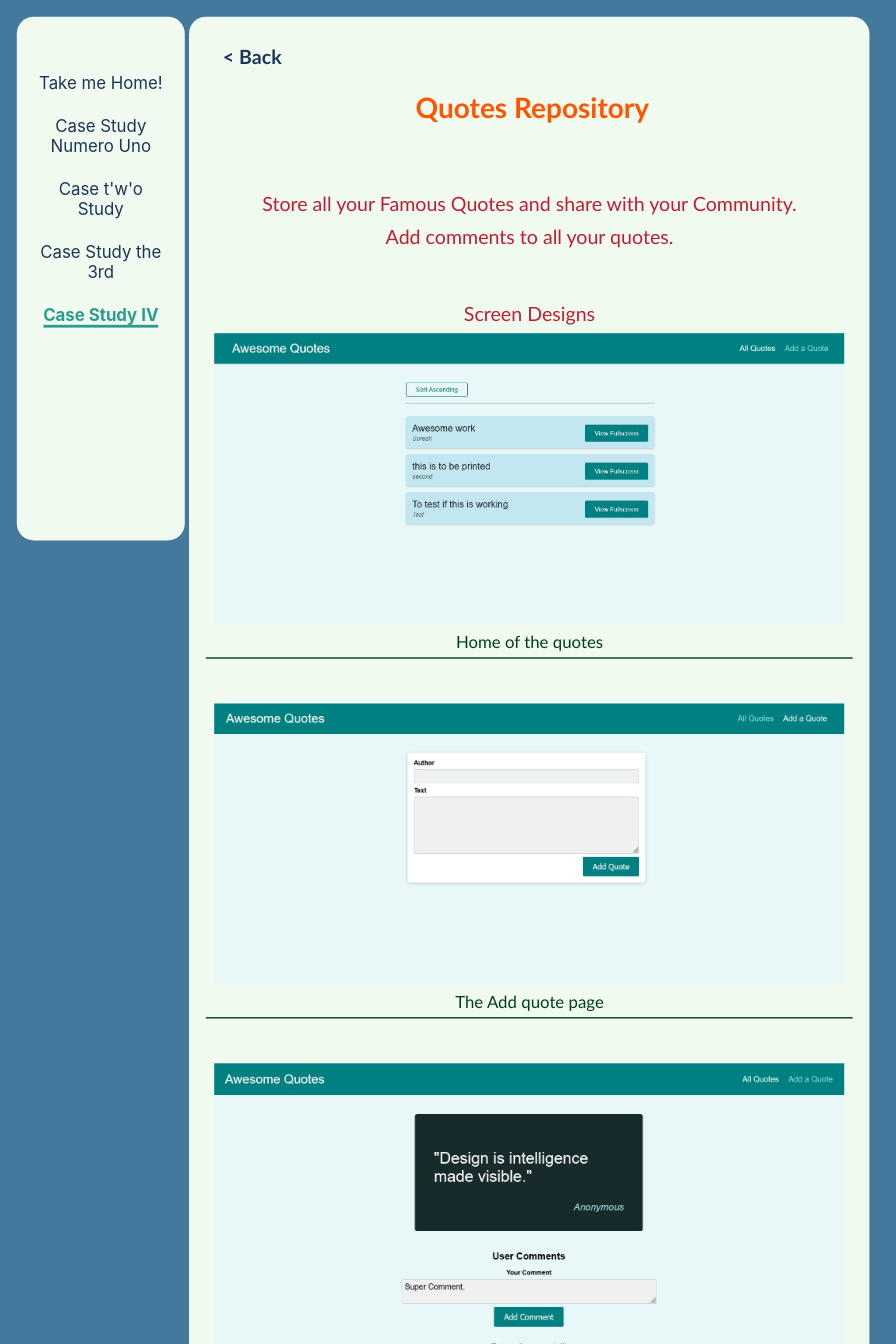
Repository: niranjangp/portfolioReact
Page: /cs-four
The author's editor kept a copy of each file at every save. The page is drawn from the files as they stood at one save, then again after the next save.
The browser window is 1280 px wide. The pictures show the part of the page from y = 0 to 1920 px (the page is 3343 px tall), at 70% of full size.
The project was rebuilt for these pictures with package versions that can differ from the ones it lists, and the page was loaded fresh each time. Also part of the build but not shown: src/pages/enterDesign.jsx, src/pages/csOne.jsx, src/pages/csTwo.jsx, src/pages/csThree.jsx, src/pages/notFound.jsx.

Above is the page before, as saved 2022-02-02 01:58:38.

### public/index.html
<!DOCTYPE html>
<html lang="en">
  <head>
    <meta charset="utf-8" />
    <!--<link rel="icon" href="%PUBLIC_URL%/favicon.ico" />-->
    <meta name="viewport" content="width=device-width, initial-scale=1" />
    <meta name="theme-color" content="#000000" />
    <meta
      name="description"
      content="Web site created using create-react-app"
    />
    <!--<link rel="apple-touch-icon" href="%PUBLIC_URL%/logo192.png" />-->
    <!--
      manifest.json provides metadata used when your web app is installed on a
      user's mobile device or desktop. See https://developers.google.com/web/fundamentals/web-app-manifest/
    -->
    <link rel="manifest" href="%PUBLIC_URL%/manifest.json" />
    <!--
      Notice the use of %PUBLIC_URL% in the tags above.
      It will be replaced with the URL of the `public` folder during the build.
      Only files inside the `public` folder can be referenced from the HTML.

      Unlike "/favicon.ico" or "favicon.ico", "%PUBLIC_URL%/favicon.ico" will
      work correctly both with client-side routing and a non-root public URL.
      Learn how to configure a non-root public URL by running `npm run build`.
    -->
    <title>Portfolio</title>
  </head>
  <body>
    <noscript>You need to enable JavaScript to run this app.</noscript>
    <div id="root"></div>
    <!--
      This HTML file is a template.
      If you open it directly in the browser, you will see an empty page.

      You can add webfonts, meta tags, or analytics to this file.
      The build step will place the bundled scripts into the <body> tag.

      To begin the development, run `npm start` or `yarn start`.
      To create a production bundle, use `npm run build` or `yarn build`.
    -->
  </body>
</html>

### src/index.css
body {
  margin: 0;
  font-family: -apple-system, BlinkMacSystemFont, 'Segoe UI', 'Roboto', 'Oxygen',
    'Ubuntu', 'Cantarell', 'Fira Sans', 'Droid Sans', 'Helvetica Neue',
    sans-serif;
  -webkit-font-smoothing: antialiased;
  -moz-osx-font-smoothing: grayscale;
  box-sizing: border-box;
}

code {
  font-family: source-code-pro, Menlo, Monaco, Consolas, 'Courier New',
    monospace;
}

p {
  margin: 0;
}

### src/App.js
import './App.css';

import { Route, NavLink, Switch, Redirect } from 'react-router-dom';
import EnterTheDesign from './pages/enterDesign';
import CSOne from './pages/csOne';
import CSTwo from './pages/csTwo';
import CSThree from './pages/csThree';
import CSFour from './pages/csFour';
import NotFound from './pages/notFound';

function App() {
  const flatIconLink = "https://www.flaticon.com/free-icons/programmer";
  const wfhIconLink = "https://www.flaticon.com/free-icons/work-from-home";
  const fruitLink ="https://www.flaticon.com/free-icons/fruit";
  const moneyLink = "https://www.flaticon.com/free-icons/digital-money";
  const quoteLink = "https://www.flaticon.com/free-icons/question-mark";



  return (
    <div className='App'>
      <div className="containerOne">
        <nav className='navigation'>
          <div className='navDiv'>
            <NavLink activeClassName="nav-link active" className="nav-link" to="/enter-the-design">Take me Home!</NavLink>
          </div>
          <div className='navDiv'>
            <NavLink activeClassName="nav-link active" className="nav-link" to="/cs-one">Case Study Numero Uno</NavLink>
          </div>
          <div className='navDiv'>
            <NavLink activeClassName="nav-link active" className="nav-link" to="/cs-two">Case t'w'o Study</NavLink>
          </div>
          <div className='navDiv'>
            <NavLink activeClassName="nav-link active" className="nav-link" to="/cs-three">Case Study the 3rd</NavLink>
          </div>
          <div className='navDiv'>
            <NavLink activeClassName="nav-link active" className="nav-link" to="/cs-four">Case Study IV</NavLink>
          </div>
        </nav>
        <main className='mainOne'>
          <Switch>
            <Route exact path="/" ><Redirect to="/enter-the-design" /></Route>
            <Route path="/enter-the-design" ><EnterTheDesign /></Route>
            <Route exact path="/cs-one" ><CSOne /></Route>
            <Route exact path="/cs-two" ><CSTwo /></Route>
            <Route exact path="/cs-three"><CSThree /></Route>
            <Route exact path="/cs-four"><CSFour /></Route>

            <Route path="*"><NotFound /></Route>
          </Switch>

        </main>
        <footer>
          <div className='footer-info'>
            {/*<p>Niranjan G P</p>*/}
            <p>Design & Develop    |   mailtonirgp@gmail.com</p>
            <p>Please consider the Environment while printing.</p>
          </div>
          <div className='credits'>
            <a href={flatIconLink} title="programmer icons">Programmer icons created by Flat Icons - Flaticon</a>
            <a href={wfhIconLink} title="work from home icons">Work from home icons created by Freepik - Flaticon</a>
            <a href={fruitLink} title="fruit icons">Fruit icons created by Freepik - Flaticon</a>
            <a href={moneyLink} title="digital money icons">Digital money icons created by Freepik - Flaticon</a>
            <a href={quoteLink} title="question mark icons">Question mark icons created by Freepik - Flaticon</a>
          </div>
        </footer>
      </div>

    </div>
  );
}

export default App;

### src/App.css
.containerOne {
  background-color: #45789d;
  padding: 24px;
  position: relative;
}

.mainOne {
  width: 75%;
  margin-left: 20%;
  background-color: #F1FAEE;
  height: 100%;
  border-radius: 1.5rem;
  padding: 24px;
}

.navigation {
  position: absolute;
  top: 24px;
  left: 24px;
  width: 15%;
  height: 660px;
  background-color: #F1FAEE;
  border-radius: 1.5rem;
  padding: 64px 24px 24px;
}

.navDiv {
  padding: 16px 0;
  text-align: center;
}

.nav-link {
  font-size: 24px;
  text-decoration: none;
  color: #1d3557;
}

.nav-link.active {
  color: #2a9d8f;
  font-weight: bold;
  border-bottom: 4px solid #2a9d8f;
}

.fr-info {
  font-size: 3rem;
  font-family: 'Gill Sans', 'Gill Sans MT', Calibri, 'Trebuchet MS', sans-serif;
  padding: 24px 24px 24px 48px;
  color: #1d3557;
}

.firstRow {
  display: flex;
  align-items: center;
  padding: 64px 0;
}

.width-60 {
  width: 60%;
}

.width-40 {
  width: 40%;
}

.fullWidth {
  width: 100%;
}

.img-block {
  text-align: center;
}

.sec-row {
  background-color: #1d3557;
  color: #f1faee;
  border-radius: 0.75rem;
  padding: 64px;
  font-family: 'Lucida Sans', 'Lucida Sans Regular', 'Lucida Grande', 'Lucida Sans Unicode', Geneva, Verdana, sans-serif;
  font-size: 28px;
  text-align: justify;
}

.sec-row p {
  padding: 16px;
}

.centered {
  margin: 3rem auto;
  text-align: center;
  display: flex;
  justify-content: center;
  align-items: center;
}

.linkSel {
  text-decoration: underline;
  font-weight: bold;
}

.third-row {
  display: flex;
  flex-wrap: wrap;
  padding: 96px 24px 0;
}

.card-box {
  width: 50%;
  text-align: center;
  height: 600px;
}

.card {
  width: 400px;
  height: 450px;
  background-color: #ffddd2;
  border-radius: 20px;
  box-shadow: 4px 4px 4px 4px rgba(0, 0, 0, 0.2);
  margin: 3rem auto;
  flex-grow: 1;
  flex-shrink: 1;
  transition: width 500ms ease 0s;
}

.card:hover {
  box-shadow: 4px 4px 4px 8px rgba(0, 0, 0, 0.2);
  width: 420px;
  height: 470px;
  cursor: pointer;
}

.card a {
  text-decoration: none;
}

.card p {
  font-size: 32px;
  padding: 24px;
  color: #1d3557;
  font-family: Verdana, Geneva, Tahoma, sans-serif;
}

.card-icon {
  width: 256px;
  margin-top: 40px;
}

.intro-cs {
  text-align: center;
  font-size: 40px;
  color: #1d3557;
  font-family: 'Trebuchet MS', 'Lucida Sans Unicode', 'Lucida Grande', 'Lucida Sans', Arial, sans-serif;
}

footer {
  width: 75%;
  margin-left: 20%;
  background-color: #fca311;
  height: 100%;
  border-radius: 1.5rem;
  padding: 24px;
  margin-top: 64px;
  color: #fff;
}

.footer-info {
  font-size: 1.5rem;
}

.footer-info p {
  padding: 1rem;
}

.credits {
  padding-left: 16px;
}

.credits a {
  /*text-decoration: none;*/
  display: block;
  padding-bottom: 8px;
  font-size: 20px;
  color: #023047;
}

.csOne {
  min-height: 660px;
  height: 100%;
  color: #1d3557;
}

.backLink {
  font-size: 28px;
  font-weight: bold;
  padding: 16px 16px 16px 24px;
}

.backLink a {
  text-decoration: none;
  color: #1d3557;

}

.csOneHeader, .csTwoHeader, .cs3Header, .cs4Header {
  font-size: 40px;
  padding: 16px 16px 32px 24px;
}

.csOneBody {
  padding: 0 24px;
}

.csOneH {
  font-size: 32px;
  padding-bottom: 8px;
  border-bottom: 2px solid #1d3557;
  margin-bottom: 16px;
  display: inline-block;
}

.csOneC {
  font-size: 28px;
}

.pd-bt {
  padding-bottom: 48px;
}

.pd-bt-small {
  padding-bottom: 24px;
}

.clrp {
  width: 100px;
  height: 40px;
  border-top-right-radius: 20px;
  border-bottom-right-radius: 20px;
  margin-right: 24px;
}

.fir {
  background-color: #0070D2;
}

.sec {
  background-color: #16325C;
}

.thi {
  background-color: #526173;
}

.fou {
  font-family: sans-serif;
  padding-right: 24px;
}

.dp-flx {
  display: flex;
  margin: 16px 40px;
  align-items: center;
}

.flx-bx {
  display: flex;
  align-items: center;
  justify-content: space-evenly;
  margin-bottom: 48px;
}

.flx-bx div {
  font-size: 32px;
}

.mrDesk {
  width: 800px;
}

.last-text {
  font-size: 28px;
  color: #f07167;
  margin: 0 64px 24px;
  text-align: center;
}

.csTwo {
  font-family: 'Franklin Gothic Medium', 'Arial Narrow', Arial, sans-serif;
}

.csTwoHeader {
  color: #e76f51;
}

.csTwoPara {
  color: #0081a7;
  font-size: 28px;
  padding-bottom: 8px;
}

.padd-div {
  padding: 16px 24px 56px;
}

.csTwoRowTwo {
  color: #c81d25;
  font-size: 32px;
  padding-bottom: 16px;
  border-bottom: 2px solid #c81d25;
  margin-bottom: 48px;
}

.textCen {
  text-align: center;
}

.screenName {
  font-size: 24px;
  width: 80%;
  margin: 0 auto;
  margin-bottom: 0px;
  background-color: #284b63;
  color: #fff;
  border-top-left-radius: 12px;
  border-top-right-radius: 12px;
  padding: 8px 0;
}

.scrIcon {
  width: 80%;
  margin: 8px 0 64px;
}

.cs3 {
  font-family: 'Lucida Sans', 'Lucida Sans Regular', 'Lucida Grande', 'Lucida Sans Unicode', Geneva, Verdana, sans-serif;
}

.cs3Header {
  color: #006d77;
  border-bottom: 2px solid #006d77;
  display: inline-block;

}


.right-content {
  text-align: right;
  margin: 64px 0;
}

.exp-para {
  font-size: 40px;
  display: inline-block;
  background-color: #52b69a;
  padding: 8px 16px;
  border-radius: 20px;
  color: #fff;
  font-weight: bold;
  margin-bottom: 24px;
}

.exp-header {
  display: inline-block;
  font-size: 40px;
  color: #14746f;
  padding-bottom: 8px;
  border-bottom: 2px dotted #14746f;
  margin-bottom: 8px;
}

.flexExp {
  display: flex;
  align-items: center;
  justify-content: space-around;
}

.iconText {
  padding: 24px;
  font-size: 32px;
  color: #00afb9;
}

.expIcon {
  margin: 64px 0;
  width: 900px;
}

.last .exp-para {
  font-size: 28px;
}

.cs4 {
  font-family: 'Trebuchet MS', 'Lucida Sans Unicode', 'Lucida Grande', 'Lucida Sans', Arial, sans-serif;
}

.cs4Header {
  text-align: center;
  color: #ff5400;
  font-weight: bold;
}

.quoIcon {
  width: 900px;
}

.quo-pack {
  text-align: center;
}

.cs4-para {
  text-align: center;
  font-size: 28px;
  color: #bd1f36;
  padding-bottom: 12px;
}

.mrg-blk {
  margin: 64px 0;
}

.qIconTxt {
  color: #003e1f;
  font-size: 24px;
  padding: 8px 0;
  border-bottom: 2px solid #003e1f;
  margin-bottom: 64px;
}

.mrg-last-blk {
  margin: 64px 0;
  background-color: #dc143c;
  padding: 36px;
  color: #fff;
  border-radius: 36px;
  font-size: 32px;
}

.mrg-last-blk p {
  padding-bottom: 2rem;
}


/*.containerOne {
  background-color: #F1FAEE;
}
.mainOne {
  background-color: #a8dadc;
  width: 75%;
  margin-left: 20%;
  /-*background-color: #45789d;*-/
  height: 660px;
}

.p1 {
  color: #1d3557;
}
.p2 {
  color: #f1faee;
}*/

/*.App-logo {
  height: 40vmin;
  pointer-events: none;
}

@media (prefers-reduced-motion: no-preference) {
  .App-logo {
    animation: App-logo-spin infinite 20s linear;
  }
}

.App-header {
  background-color: #282c34;
  min-height: 100vh;
  display: flex;
  flex-direction: column;
  align-items: center;
  justify-content: center;
  font-size: calc(10px + 2vmin);
  color: white;
}

.App-link {
  color: #61dafb;
}

@keyframes App-logo-spin {
  from {
    transform: rotate(0deg);
  }

  to {
    transform: rotate(360deg);
  }
}*/

### src/pages/csFour.jsx
import React from 'react';
import { Link } from 'react-router-dom';
import QuoHome from '../assets/quoteHome.JPG';
import AddQuo from '../assets/addQuote.JPG';
import CommonScen from '../assets/commScen.JPG';


const csFour = () => {
    return (
        <div className="cs4">
            <div className="backLink"><Link to="/enter-the-design">{'< Back'}</Link></div>
            <div className='cs4Header'>Quotes Repository</div>
            <div className="quo-body">
                <div className="mrg-blk">
                    <p className="cs4-para">Store all your Famous Quotes and share with your Community.</p>
                    <p className="cs4-para">Add comments to all your quotes.</p>
                </div>
                <div className="mrg-blk">
                    <div className="cs4-para">Screen Designs</div>
                    <div className="quo-pack"><img src={QuoHome} alt="quote-home" className="quoIcon" /><div className="qIconTxt">Home of the quotes</div></div>
                    <div className="quo-pack"><img src={AddQuo} alt="quote-home" className="quoIcon" /><div className="qIconTxt">The Add quote page</div></div>
                    <div className="quo-pack"><img src={CommonScen} alt="quote-home" className="quoIcon"/><div className="qIconTxt">Add Comment Scenario</div></div>
                </div>
                <div className="mrg-last-blk">
                    <p>The thinking behind this, or the question trying to be answered here is Why a quote page? Simple Answer why not, design can vary from something as small as a small stick to a skyscraper</p>
                    <p>If the question comes down to what are the haves and have-nots, it comes down to repository and features respectively</p>
                    <p>Future steps involve the implementation of the have-nots mentioned above.</p>
                    <p>The outcome is that of a candid UI with features to be liked at a glance.</p>
                    <p>Understood the intricacy of the design thinking process and the non-linearity approach to its outcome.</p>
                </div>
            </div>
        </div>
    )
};

export default csFour;

Loaded but not shown: src/index.js (common file); src/reportWebVitals.js (common file)

After the next save:
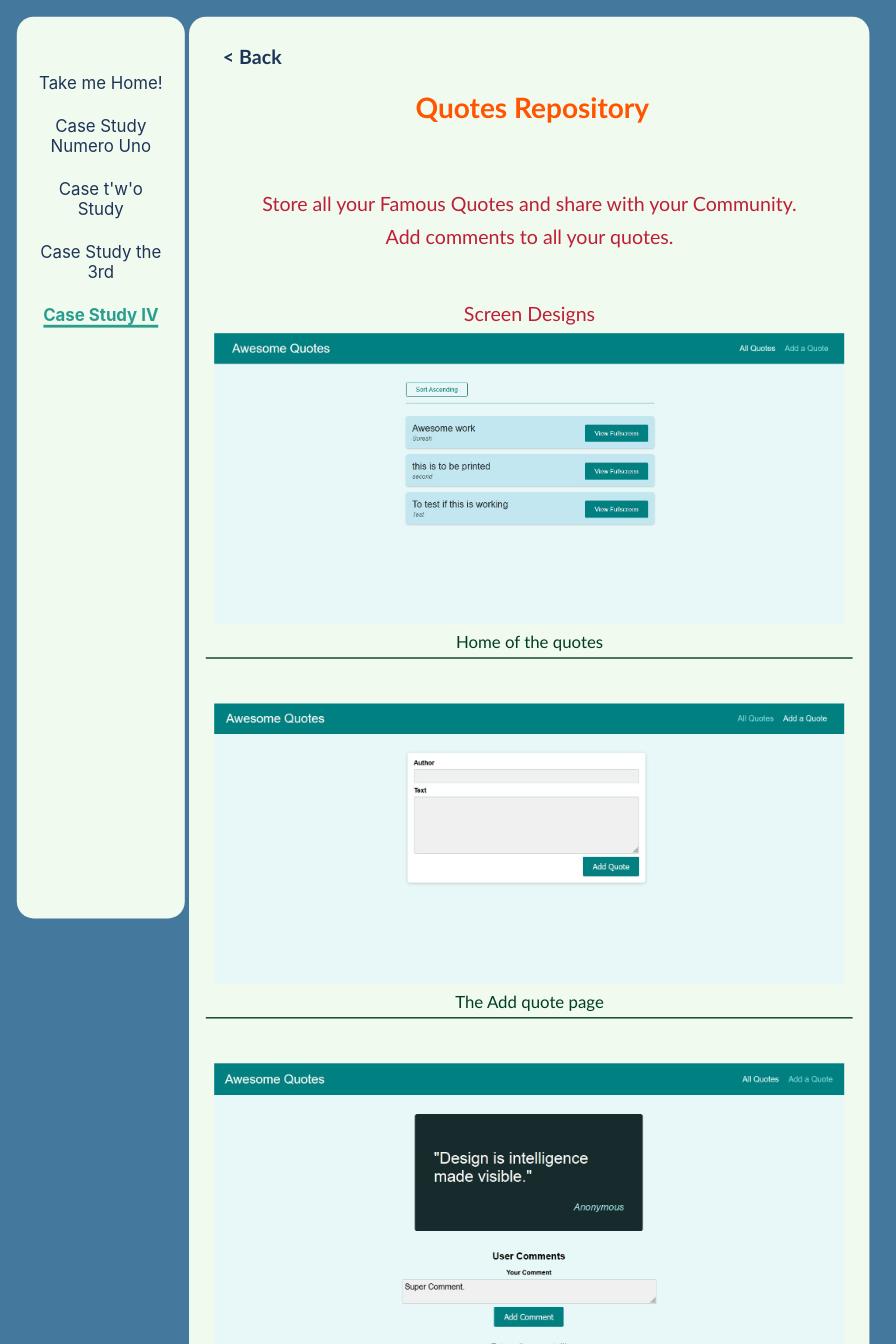
Saved 77 s later.
--- a/src/App.css
+++ b/src/App.css
@@ -18,7 +18,7 @@
   top: 24px;
   left: 24px;
   width: 15%;
-  height: 660px;
+  height: 1200px;
   background-color: #F1FAEE;
   border-radius: 1.5rem;
   padding: 64px 24px 24px;
